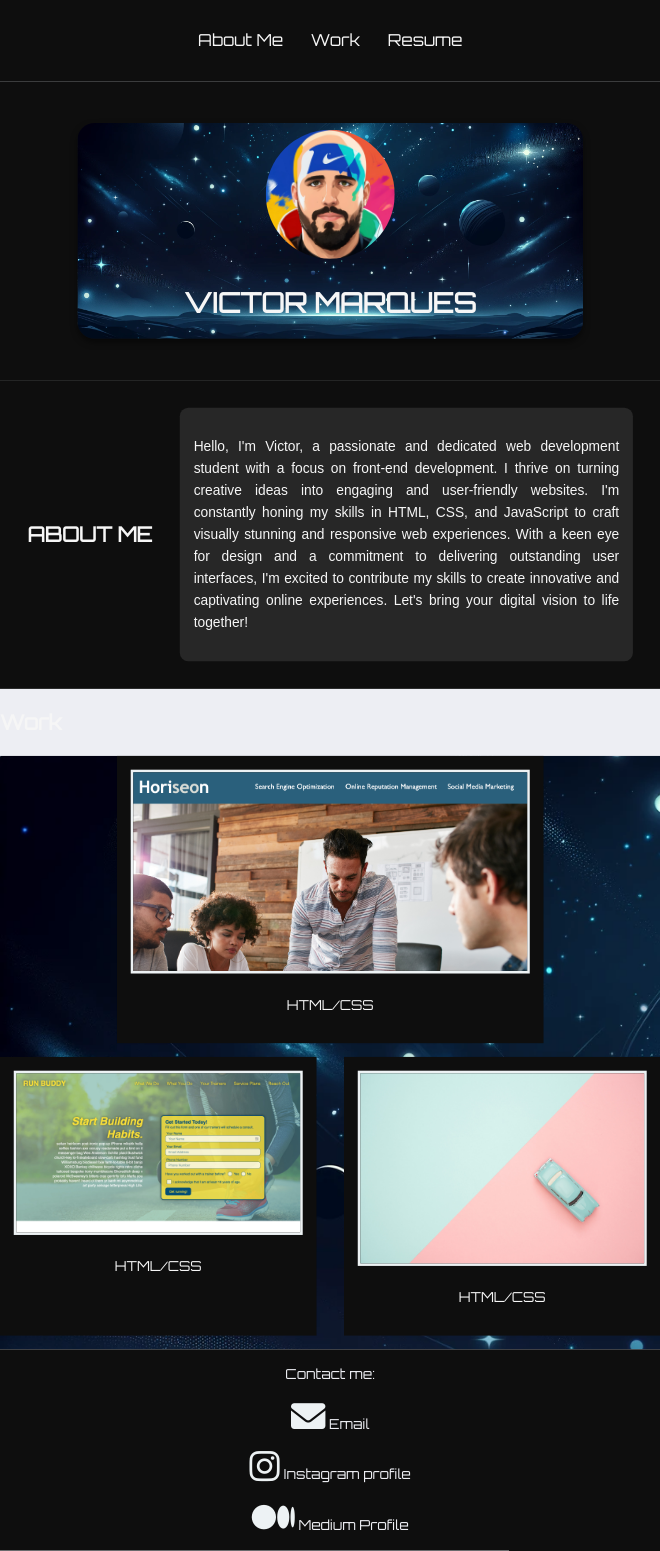
Repository: uvee35/Challenge2-Victor
Page: index.html
The author's editor kept a copy of each file at every save. The page is drawn from the files as they stood at one save, then again after the next save.
The browser window is 768 px wide. The pictures show the whole page, at 86% of full size.

Above is the page before, as saved 2023-12-12 21:20:52.

After the next save:
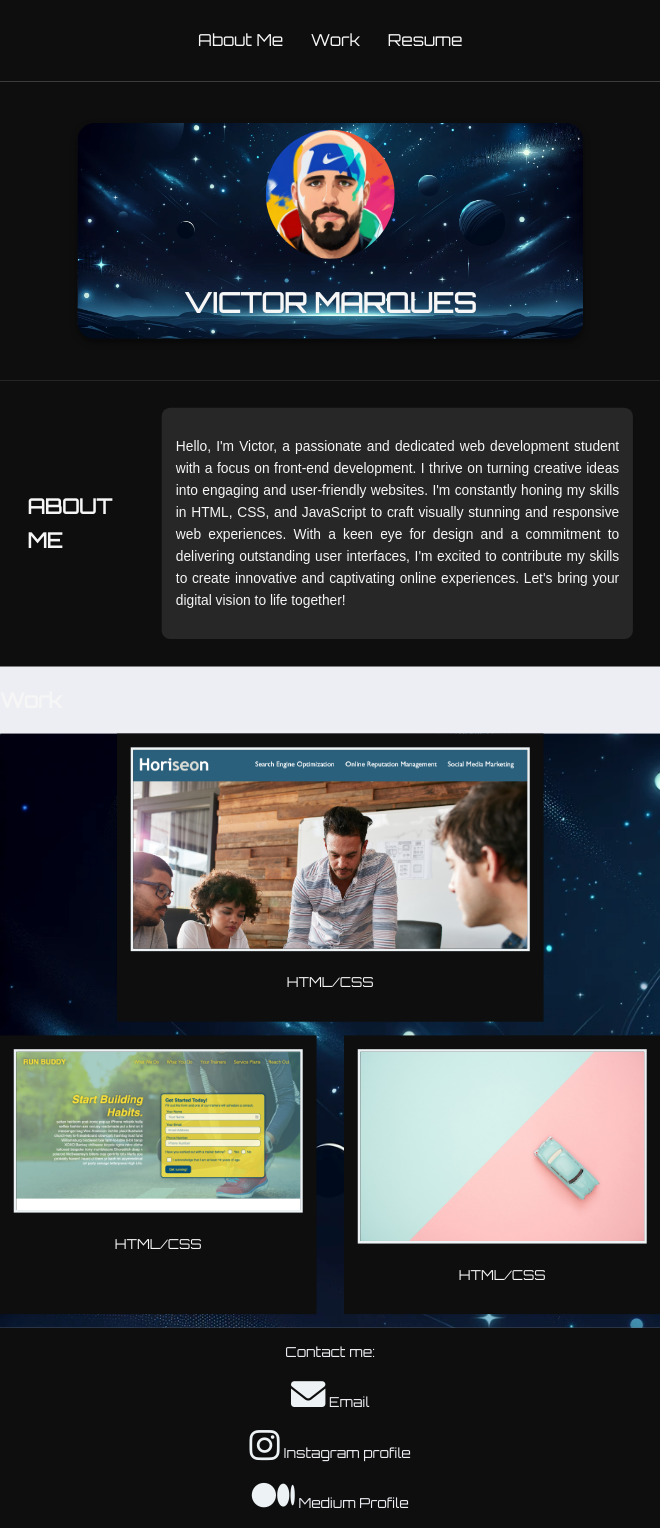
Saved 5 s later.
--- a/assets/style.css
+++ b/assets/style.css
@@ -235,7 +235,7 @@
   }
 
   .about-box {
-    width: 50%;
+    width: 90%;
     padding: 1rem;
   }
 
